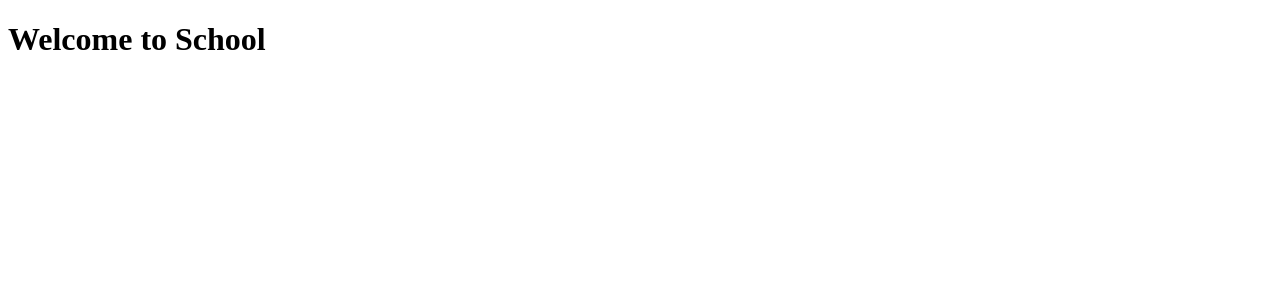
Repository: SurajChougule85/AdvJava
Page: Day4_JspObjectPractice/src/main/webapp/home.html
An editor plug-in stored every save of this project. The page is shown before and after the next save, followed by the edit.
The browser window is 1280 px wide. The pictures show the whole page.

Above is the page before, as saved 2023-01-21 09:26:13.

### Day4_JspObjectPractice/src/main/webapp/home.html
<!DOCTYPE html>
<html>
<head>
<meta charset="ISO-8859-1">
<title>Insert title here</title>
</head>
<body>
<h1>Welcome to School</h1>

</body>
</html>

After the next save:
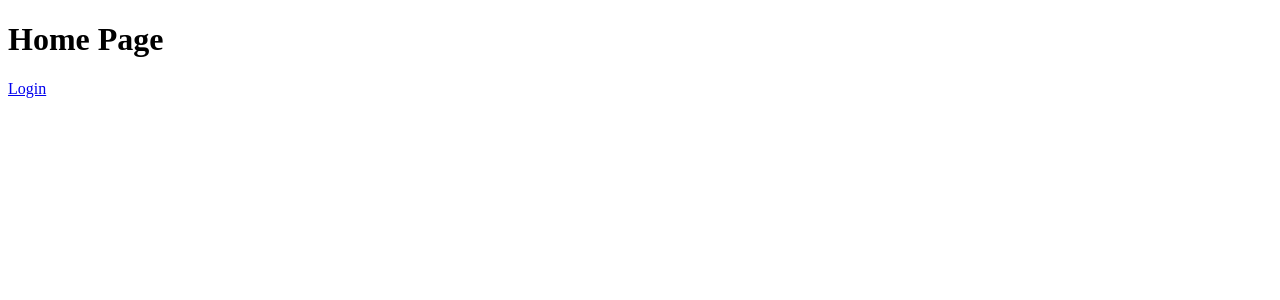
Saved 2 s later.
--- a/Day4_JspObjectPractice/src/main/webapp/home.html
+++ b/Day4_JspObjectPractice/src/main/webapp/home.html
@@ -5,7 +5,9 @@
 <title>Insert title here</title>
 </head>
 <body>
-<h1>Welcome to School</h1>
+<h1>Home Page </h1>
+
+<a href="login.jsp">Login</a>
 
 </body>
 </html>
